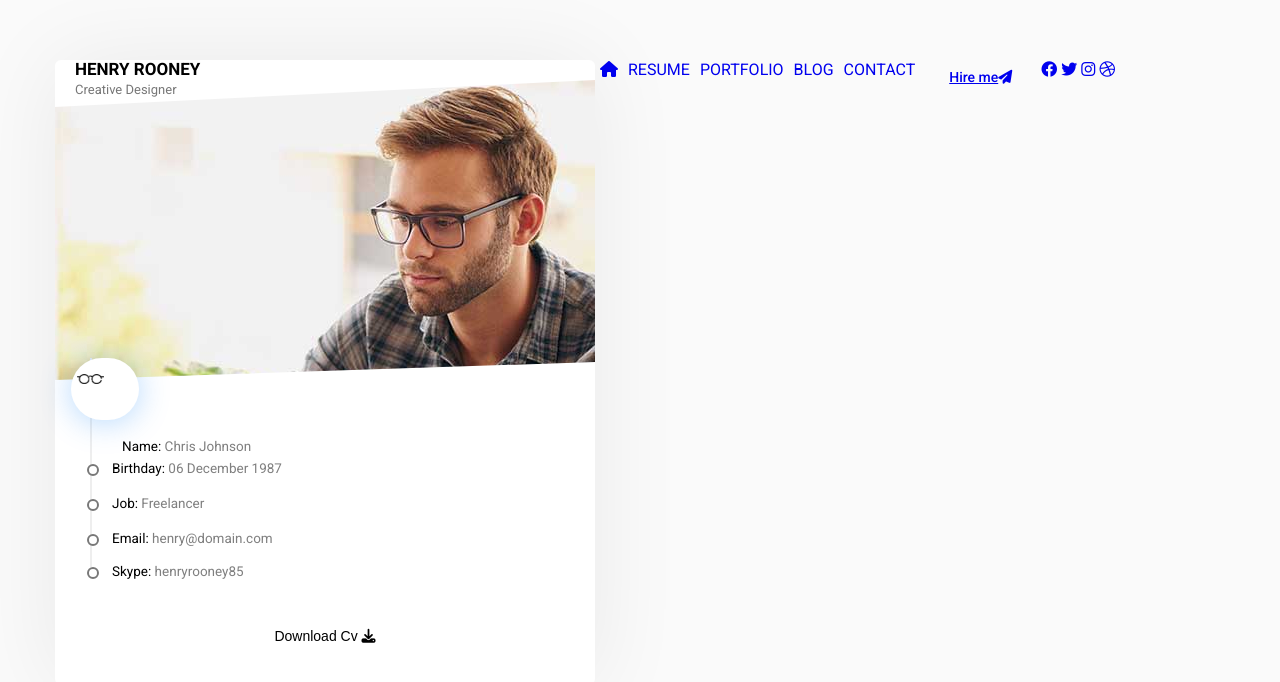
Repository: Lehuyhuynh/mat
Page: index.html
The author's editor kept a copy of each file at every save. The page is drawn from the files as they stood at one save, then again after the next save.
The browser window is 1280 px wide. The pictures show the whole page.

Above is the page before, as saved 2023-04-12 14:10:40.

### index.html
<!DOCTYPE html>
<html lang="en">
<head>
                    <meta charset="UTF-8">
                    <meta http-equiv="X-UA-Compatible" content="IE=edge">
                    <meta name="viewport" content="width=device-width, initial-scale=1.0">
                    <title>Mat</title>
                    <link rel="stylesheet" href="style.css">
                    <link rel="preconnect" href="https://fonts.googleapis.com">
                    <link rel="preconnect" href="https://fonts.gstatic.com" crossorigin>
                     <link href="https://fonts.googleapis.com/css2?family=Roboto:wght@400;500;700;900&display=swap" rel="stylesheet">

                    <link rel="stylesheet" href="icon-fonts/font-awesome-4.7.0/css/font-awesome.min.css"/>

                    <link rel="stylesheet" href="https://cdnjs.cloudflare.com/ajax/libs/font-awesome/6.4.0/css/all.min.css" integrity="sha512-iecdLmaskl7CVkqkXNQ/ZH/XLlvWZOJyj7Yy7tcenmpD1ypASozpmT/E0iPtmFIB46ZmdtAc9eNBvH0H/ZpiBw==" crossorigin="anonymous" referrerpolicy="no-referrer" />
</head>
<body>
    <div id="preloader">

        <div class="spinner">
        </div>

    </div>

    <div class="wrapper container">

        <div class="row">

            <!-- profile section -->

            <div class="col-lg-3 col-md-4">

                <div class="profile">

                    <div class="profile-name">

                        <span class="name">Henry Rooney</span><br>

                        <span class="jod">Creative Designer</span><br>

                    </div>

                    <figure class="profile-img"> <img src="img/profile.jpg" alt="#"> </figure>


                     <ul class="profile-information">

                        <li><p><span>Name:</span> Chris Johnson</p></li>

                        <li><p><span>Birthday:</span> 06 December 1987</p></li>

                        <li><p><span>Job:</span> Freelancer</p></li>

                        <li><p><span>Email:</span> henry@domain.com</p></li>

                        <li><p><span>Skype:</span> henryrooney85</p></li>

                    </ul>

                    <div class="col-md-12">

                         <button class="site-btn icon">Download Cv

                            <i class="fa fa-download" aria-hidden="true"></i>

                        </button>

                    </div>

                </div>

            </div>

            <!-- Page Tab Container Div -->

            <div id="ajax-tap-container" class="col-lg-9 col-md-8 tab-container">

                <!-- header -->

                <div  class="row">

                    <header class="col-md-12">

                        <nav>

                            <div class="row">

                                <!-- navigation bar -->

                                <div class="col-md-8 col-sm-8-col-xs-4">

                                    <ul class="tabs">
                                        <li class="tab">

                                          <a class="home-btn" href="#home"><i class="fa fa-home" aria-hidden="true"></i></a>

                                        </li>
                                        <li class="tab"><a href="#RESUME">RESUME</a></li>
                                        <li class="tab"><a href="#PORTFOLIO">PORTFOLIO</a></li>
                                        <li class="tab"><a href="#BLOG">BLOG</a></li>
                                        <li class="tab"><a href="#CONTACT">CONTACT</a></li>

                                    </ul>
                                    </div>


                                <div class="col-md-4 col-sm-4 col-xs-8 dynamic">

                                    <a href="mailto:hi@tavonline.net" class="pull-right site-btn icon hidden-xs">Hire me<i class="fa fa-paper-plane" aria-hidden="true"></i></a>

                                </div>


                                <div class="hidden-md social-icons pull-right">

                                    <a class="fb" href="#"><i class="fa-brands fa-facebook"></i></a>

                                    <a class="tw" href="#"><i class="fa-brands fa-twitter"></i></a>

                                    <a class="ins" href="#"><i class="fa-brands fa-instagram"></i></a>

                                    <a class="dr" href="#"><i class="fa-brands fa-dribbble" ></i></a>

                                </div>

                             </div>

                            </div>

                        </nav>

                    </header>

            </div>


        </div>

    </div>

</body>
</html>

### style.css
body{
                    background-image: url(/img/bg.png) #fafafa;
                   font-family: roboto, sans-serif;
                   background:#fafafa;
                   position: relative;
                   overflow: hidden;

}

html{
                    height: 100%;
}
*{
                    margin: 0;
                    padding: 0;
                    border: 0;
                    outline: 0;
                    background: transparent;
}

.site-btn{
                    font-size: 14px;
                    font-weight: 500;
                    border-radius: 50px;
                    -webkit-border-radius:50px;
                    -moz-border-radius:50px;
                    padding: 1px 29px;
                    line-height: 35px;
}

.site-btn .icon{
                    text-align: left;
                    padding: 1px 6px 1px 19px;
}

.site-btn .icon i{
                    color: #000;
                    background: #fff;
                    margin-left: 15px;
                    border-radius: 50px;
                    font-size: 11px;
                    height: 27px;
                    width: 27px;
                    float: right;
                    text-align: center;
                    line-height: 29px;
                    margin-top: 4px;
}

p{
                    font-size: 13px;
                    color: #4c4c4c;
                    line-height: 24px;
 }

 .profile{
                    background: #fff;
                    border-radius: 6px;
                    -moz-border-radius: 6px;
                    -webkit-border-radius: 6px;
                    -o-border-radius: 6px;
                    width: 100%;
                    display: inline-block;
                    box-shadow: 0px 2px 92px 0px rgba(0, 0, 0, 0.07);
                    -webkit-box-shadow: 0px 2px 92px 0px rgba(0, 0, 0, 0.07);
                    -moz-box-shadow: 0px 2px 92px 0px rgba(0, 0, 0, 0.07);
}

.profile .name {
                    line-height: 18px;
                    padding: 20px;
                    text-transform: uppercase;
                    font-size: 17px;
                    font-weight: bold;

}
.profile .jod {
                    padding: 20px;
                    color: #777777;
                    font-size: 13px;
}

.profile-img{
                   margin-top: -18px;
                   -webkit-clip-path: polygon(0 9%, 100% 0, 100% 94%, 0% 100%);
                    clip-path: polygon(0 9%, 100% 0, 100% 94%, 0% 100%);
                    height: 300px;

}
.profile-img img{
                    width: 100%;
}

.profile-information{
                    list-style: none;
                    margin: 8px 0px 8px 35px;
}

.profile-information li{
                    border-left: 2px solid #eee;
                    padding:0 0 23px 20px;
                    font-size: 14px;
                    color: #787878;
}

ul.profile-information li p{
                    font-size: 13.5px;
                    color: #7f7f7f;
                    line-height: 12px;
}

ul.profile-information li:last-child{
                    border: 0;
                    margin-left: 2px;
                    margin-top: -2px;
}


ul.profile-information li:before{
                    content: "";
                    border: solid 2px;
                    width: 8px;
                    height: 8px;
                    border-radius: 50px;
                    -moz-border-radius: 50px;
                    -webkit-border-radius: 50px;
                    font-size: 8px;
                    margin-left: -25px;
                    margin-top: 2px;
                    font-weight: 400;
                    background: #fff;
                    display: block;
                    position: absolute;
}

ul.profile-information li span{color:#000}

ul.profile-information li:first-child{
                    padding-bottom: 10px;
                    padding-left: 30px;
                    position: relative;
}

ul.profile-information li:first-child img {
                    margin:44px -44px;
                    display: inline-block;
                    position: absolute;
                    width: 20px;
 }

 ul.profile-information li:first-child::before {

                    margin-left: -51px;
                    margin-top: -30px;
                    margin-bottom: 20px;
                    position: relative;
                    border: 0;
                    width: 40px;
                    height: 40px;
                    padding: 11px 14px;
                    box-shadow: 0px 2px 32px 0px rgba(4, 123, 248, 0.3);
}
 ul.profile-information li:first-child::after {
                    background: url(img/glasses.png) no-repeat;
                    content: '';
                    width: 30px;
                    height: 10px;
                    position: absolute;
                    top: 0;
                    left: 0;
                    margin: 16px -15px;
                    background-size: 27px 10px;
 }

.profile .site-btn{
                    margin: 18px auto 30px;
                    display: block;
}

.tabs .tab a {
                    text-decoration: none;
                    margin: 5px;
}
.col-md-4  .pull-right{
                    text-align: right;
}

.wrapper{
                    margin-top: 60px;
                    width: 1170px ;
                    background: transparent;
}
.container{
                    padding-right: 15px;
                    padding-left: 15px;
                    margin-right: auto;
                    margin-left: auto;
}
*{
                    margin: 0;
                    padding: 0;
                    border: 0;
                    outline: 0;;
                    background: transparent;
}
.row{
                    display: flex;
}



.tabs{
                    display: flex;
                    list-style-type: none;
                    text-decoration: none;

}

.tabs .tab a {
                    text-decoration: none;
                    margin: 5px;
}
.col-md-4  .pull-right{
                    text-align: right;
}

After the next save:
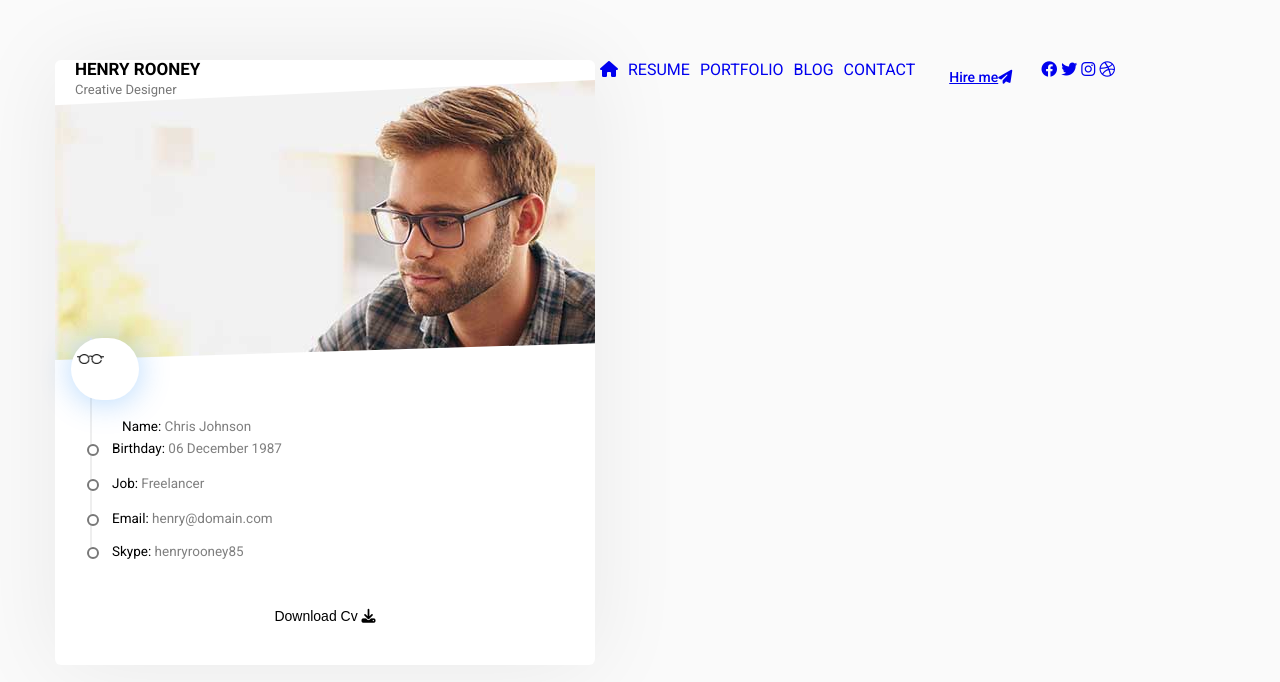
Saved 7 s later.
--- a/style.css
+++ b/style.css
@@ -84,7 +84,7 @@
                    margin-top: -18px;
                    -webkit-clip-path: polygon(0 9%, 100% 0, 100% 94%, 0% 100%);
                     clip-path: polygon(0 9%, 100% 0, 100% 94%, 0% 100%);
-                    height: 300px;
+                    height: 280px;
 
 }
 .profile-img img{
